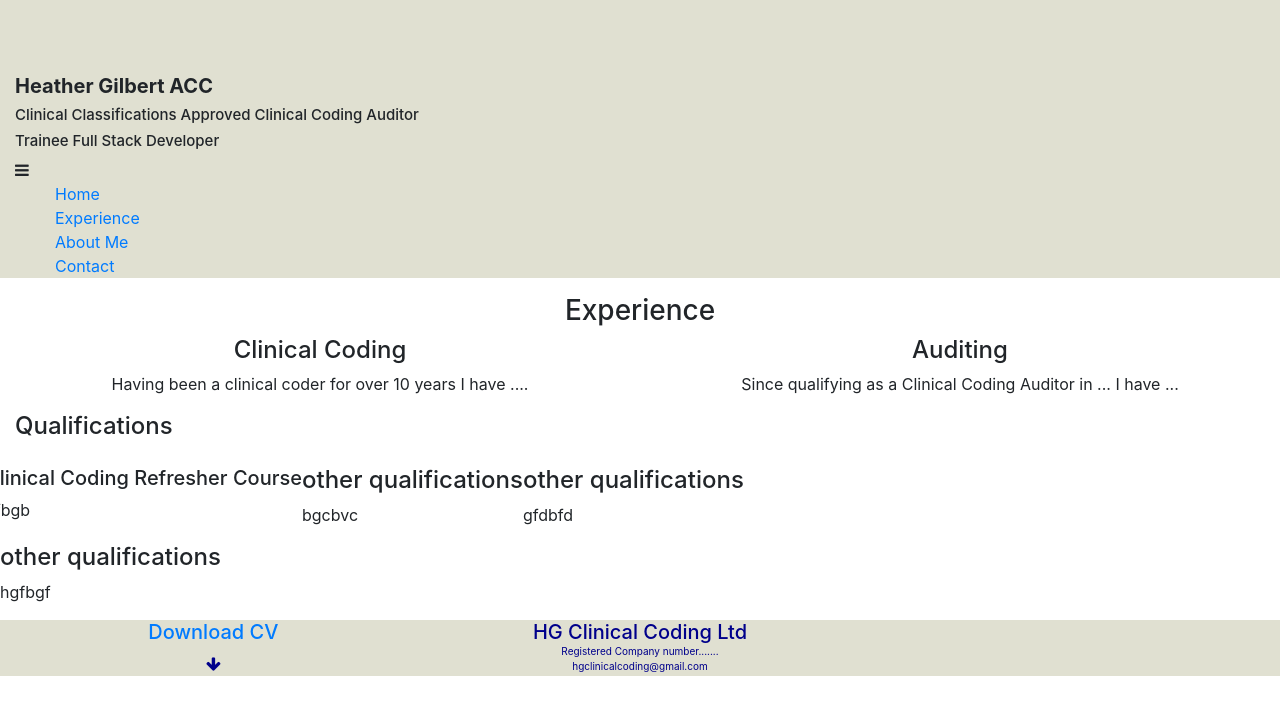
Repository: Code-Institute-Submissions/fsd-ms-project1-resume
Page: resume.html
The author's editor kept a record of every edit. The page is drawn from the files as they stood at one moment, then again after the next edit.
The browser window is 1280 px wide. The pictures show the whole page.

Above is the page before.

After the next edit:
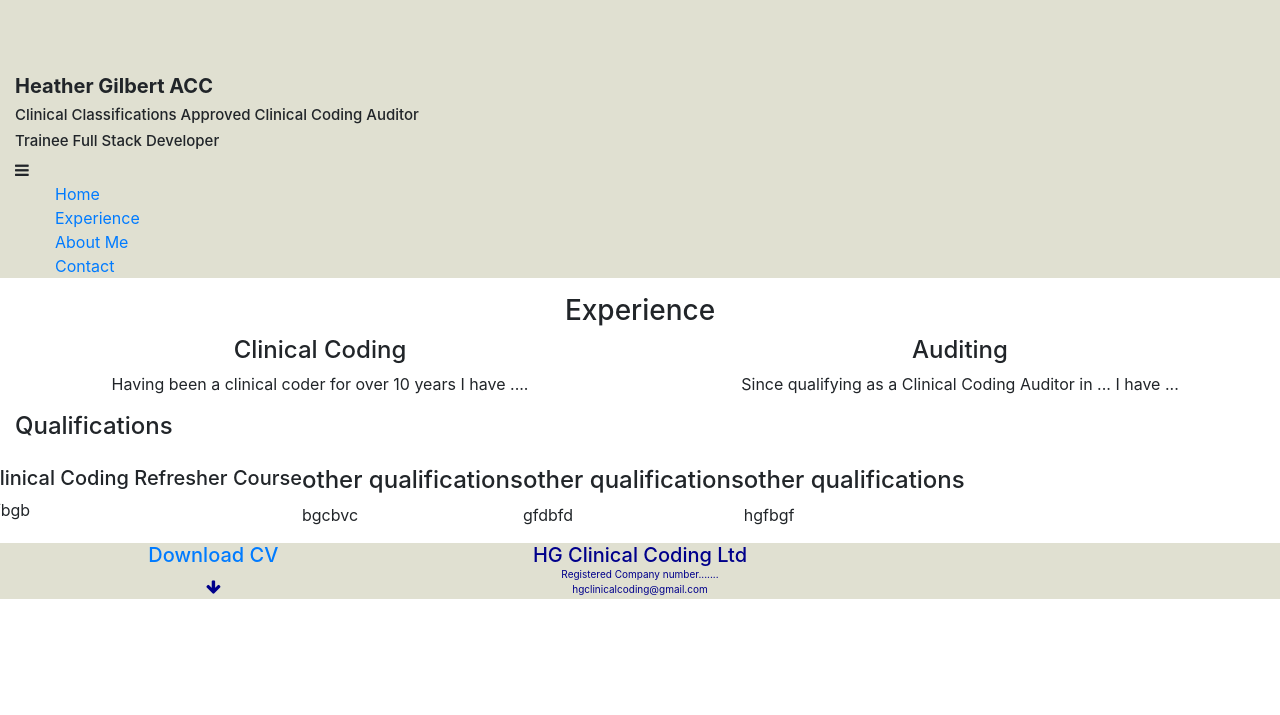
The edit:
--- a/resume.html
+++ b/resume.html
@@ -72,7 +72,7 @@
                     <h4>other qualifications</h4>
                     <p>gfdbfd</p>
                 </div>
-                <div class="timeline col-sm-3" data-dates="2016">
+                <div class="timeline" data-dates="2016">
                     <h4>other qualifications</h4>
                     <p>hgfbgf</p>
                 </div>
